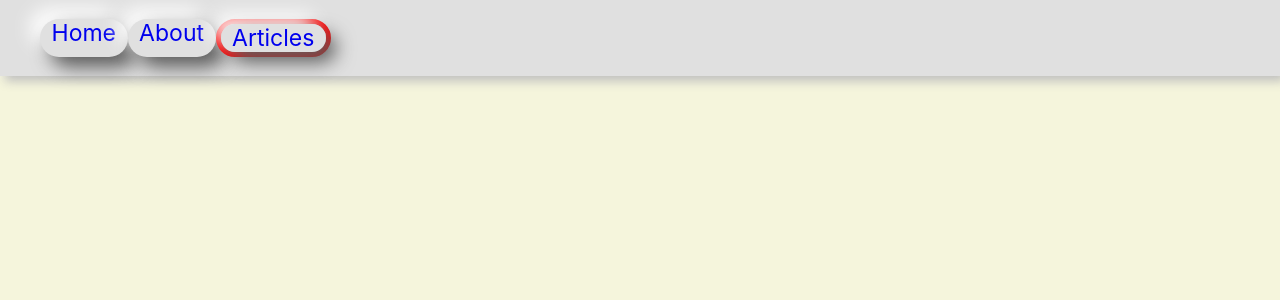
Repository: ShindanoSingi/react-software-architecture-course
Page: /articles
An editor plug-in stored every save of this project. The page is shown before and after the next save, followed by the edit.
The browser window is 1280 px wide. The pictures show the whole page.
The project was rebuilt for these pictures with package versions that can differ from the ones it lists, and the page was loaded fresh each time. Also part of the build but not shown: src/pages/Home.js, src/pages/About.js.

Above is the page before, as saved 2022-12-25 20:34:59.

After the next save:
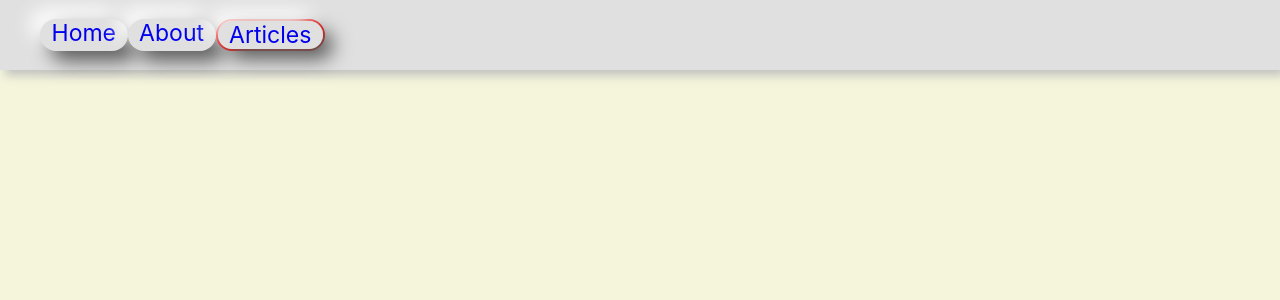
Saved 6 s later.
--- a/src/App.css
+++ b/src/App.css
@@ -17,7 +17,7 @@ h1 {
 
 
 .is-active {
-   border: 5px solid red;
+   border: 2px solid red;
    border-radius: 205px;
 }
 
